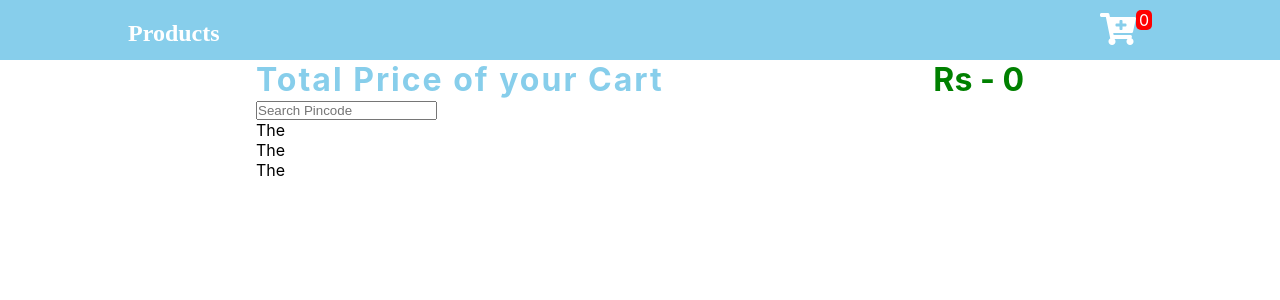
Repository: Imprasna/react-ecommerce
Page: /, after clicking the first element matching `div.cart`
An editor plug-in stored every save of this project. The page is shown before and after a run of saves, followed by the edit.
The browser window is 1280 px wide. The pictures show the whole page.
Some web libraries are served in a nearby version. The project was rebuilt for these pictures with package versions that can differ from the ones it lists, and the page was loaded fresh each time.

Above is the page before, as saved 2022-06-14 21:20:17.

### public/index.html
<!DOCTYPE html>
<html lang="en">
  <head>
    <meta charset="utf-8" />
    <link rel="icon" href="%PUBLIC_URL%/favicon.ico" />
    <meta name="viewport" content="width=device-width, initial-scale=1" />
    <meta name="theme-color" content="#000000" />
    <meta
      name="description"
      content="Web site created using create-react-app"
    />
    <link
    rel="stylesheet"
    href="https://pro.fontawesome.com/releases/v5.10.0/css/all.css"
    integrity="sha384-AYmEC3Yw5cVb3ZcuHtOA93w35dYTsvhLPVnYs9eStHfGJvOvKxVfELGroGkvsg+p"
    crossorigin="anonymous"
  />
    <link rel="apple-touch-icon" href="%PUBLIC_URL%/logo192.png" />
    <!--
      manifest.json provides metadata used when your web app is installed on a
      user's mobile device or desktop. See https://developers.google.com/web/fundamentals/web-app-manifest/
    -->
    <link rel="manifest" href="%PUBLIC_URL%/manifest.json" />
    <!--
      Notice the use of %PUBLIC_URL% in the tags above.
      It will be replaced with the URL of the `public` folder during the build.
      Only files inside the `public` folder can be referenced from the HTML.

      Unlike "/favicon.ico" or "favicon.ico", "%PUBLIC_URL%/favicon.ico" will
      work correctly both with client-side routing and a non-root public URL.
      Learn how to configure a non-root public URL by running `npm run build`.
    -->
    <title>React App</title>
  </head>
  <body>
    <noscript>You need to enable JavaScript to run this app.</noscript>
    <div id="root"></div>
    <!--
      This HTML file is a template.
      If you open it directly in the browser, you will see an empty page.

      You can add webfonts, meta tags, or analytics to this file.
      The build step will place the bundled scripts into the <body> tag.

      To begin the development, run `npm start` or `yarn start`.
      To create a production bundle, use `npm run build` or `yarn build`.
    -->
  </body>
</html>

### src/App.js
import React, { useState } from "react";
import ProductList from "./components/ProductsList";
import Navbar from "./components/Navbar";
import Cart from "./components/Cart";

const App = () => {
  const [show, setShow] = useState(true);
  const [cart, setCart] = useState([]);

  const handleClick = (item) => {
    if (cart.indexOf(item) !== -1) return;
    setCart([...cart, item]);

    console.log(item)
    localStorage.setItem("productsInCart", JSON.stringify(item));
    // localStorage.setItem("added data", cart)
  };

  const handleChange = (item, d) => {
    const ind = cart.indexOf(item);
    const arr = cart;
    arr[ind].amount += d;

    if (arr[ind].amount === 0) arr[ind].amount = 1;
    setCart([...arr]);
  };

  // useEffect(() => {
  //   console.log("cart change");
  // }, [cart]);

  return (
    <React.Fragment>
      <Navbar setShow={setShow} size={cart.length} />
      {show ? (
        <ProductList handleClick={handleClick} />
      ) : (
        <Cart cart={cart} setCart={setCart} handleChange={handleChange} />
      )}
    </React.Fragment>
  );
};

export default App;

### src/components/ProductsList.js
import React from "react";
import list from "../products";
import Cards from "../components/Cards";
import "../components/css/ProductList.css";

const ProductsList = ({ handleClick }) => {
  return (
    <section>
      {list.map((item) => (
        <Cards key={item.id} item={item} handleClick={handleClick} />
      ))}
    </section>
  );
};

export default ProductsList;

### src/components/Navbar.js
import React from "react";
import "../components/css/navbar.css";

const Navbar = ({ setShow, size }) => {
  return (
    <nav>
      <div className="nav_box">
        <span className="my_shop" onClick={() => setShow(true)}>
         Products
        </span>
        <div className="cart" onClick={() => setShow(false)}>
          <span>
            <i className="fas fa-cart-plus"></i>
          </span>
          <span>{size}</span>
        </div>
      </div>
    </nav>
  );
};

export default Navbar;

### src/components/Cart.js
import React, { useState, useEffect } from "react";
import "../components/css/cart.css";
import Pincode from '../pincodes.json';

const Cart = ({ cart, setCart, handleChange }) => {
  const [price, setPrice] = useState(0);

  const handleRemove = (id) => {
    const arr = cart.filter((item) => item.id !== id);
    setCart(arr);
    handlePrice();
  };

  const handlePrice = () => {
    let ans = 0;
    cart.map((item) => (ans += item.amount * item.price));
    // console.log(cart.map((item) => (item.amount * item.price)))
    setPrice(ans);
  };

  useEffect(() => {
    handlePrice();
  });

  const [searchTerm, setSearchTerm] = useState('');

  return (
    <article>
      {cart.map((item) => (
        <div className="cart_box" key={item.id}>
          <div className="cart_img">
            <img src={item.image} alt="" />
            <p>{item.name}</p>
          </div>

          <div>
            <button type="button" onClick={() => handleChange(item, 1)}>+</button>
            <button>{item.amount}</button>
            <button type="button" onClick={() => handleChange(item, -1)}>-</button>
          </div>
          <div>
            <span>{item.price}</span>
            <button type="button" onClick={() => handleRemove(item.id)}>Remove</button>
          </div>
        </div>
      ))}
      <div className="total">
        <span>Total Price of your Cart</span>
        <span>Rs - {price}</span>
      </div>

      <input type="text" placeholder="Search Pincode" onChange={e => setSearchTerm(e.target.value)} />

      <div>
        {Pincode.filter((value) =>
        {
          if (searchTerm === " ") {
            return value;
          } else if (value.code.toString().includes(searchTerm.toString())) {
            var deliveryPrice = value.charge + price;
            console.log(deliveryPrice);
            return value;
          }
        })
          .map((pin) =>
          (

          // {pin.code}
            <p onClick={() => handlePrice(setPrice(pin.charge))}> The   </p>

      ))}
          </div>
    </article>
  );
};

export default Cart;

### src/products.js


const data = [


	{    "id":1,
		"name": "Product 1",
		"price": 877,
		"availability": 3,
		"image": "https://picsum.photos/200/300",
		"amount":1
	},
	{
		"id":2,
		"name": "Product 2",
		"price": 500,
		"availability": 1,
		"image": "https://picsum.photos/200/300",
		"amount":1

	},
	{
		"id":3,
		"name": "Product 3",
		"price": 990,
		"availability": 2,
		"image": "https://picsum.photos/200/300",
		"amount":1

	},
	{
		"id":4,
		"name": "Product 4",
		"price": 1500,
		"availability": 0,
		"image": "https://picsum.photos/200/300",
		"amount":1
	}]

	export default data

### src/components/Cards.js
import React from "react";

const Cards = ({ item, handleClick }) => {
  const { name, availability, price, image } = item;
  return (
    <div className="cards">
      <div className="image_box">
        <img src={image} alt="" />
      </div>
      <div className="details">
        <p>{name}</p>
        <p>{availability}</p>
        <p>Price - {price}Rs</p>
        <button type="button" onClick={() => handleClick(item)}>Add to Cart</button>
      </div>
    </div>
  );
};

export default Cards;

### src/components/css/ProductList.css
* {
    margin: 0;
    padding: 0;
  }
  section {
    width: 80%;
    margin: auto;
    margin-top: 5%;
    display: grid;
    grid-template-columns: repeat(3, 1fr);
    grid-template-rows: auto;
  }
  .cards {
    width: 250px;
    padding: 20px;
  }
  .cards:hover {
    box-shadow: 0 10px 10px 10px rbga(0, 0, 0, 0.1);
    cursor: pointer;
  }
  .image_box img {
    width: 150px;
    height: 200px;
  }

  .image_box img {
    width: 150px;
    height: 200px;
  }
  .details p:nth-child(1) {
    font-weight: bold;
  }
  .details p:nth-child(2) {
    color: grey;
    font-size: 0.8rem;
  }
  .details p:nth-child(3) {
    font-weight: bolx;
    color: grey;
  }
  .details button {
    padding: 5px 10px;
    border: none;
    font-weight: bold;
    background-color: skyblue;
    outline: none;
  }

### src/components/css/navbar.css
* {
    margin: 0;
    padding: 0;
  }

  nav {
    width: 100%;
    height: 60px;
    background-color: skyblue;
  }

  .nav_box {
    width: 80%;
    margin: auto;
    display: flex;
    align-items: center;
    justify-content: space-between;
    line-height: 60px;
  }
  .my_shop {
    font-size: 1.5rem;
    font-weight: bold;
    color: white;
    font-family: cursive;
    cursor: pointer;
  }
  .cart {
    cursor: pointer;
  }
  .cart span:nth-child(1) {
    font-size: 2rem;
    color: white;
  }
  .cart span:nth-child(2) {
    padding: 0 3px;
    background-color: red;
    color: white;
    font-weight: bolx;
    border-radius: 5px;
    position: relative;
    top: -15px;
  }

### src/components/css/cart.css
* {
    margin: 0;
    padding: 0;
  }

  article {
    width: 60%;
    margin: auto;
  }

  .cart_box img {
    width: 50px;
    height: 50px;
  }
  .cart_img {
    display: flex;
    width: 400px;
  }

  .cart_img p {
    font-weight: bold;
    margin-left: 10px;
  }

  .cart_box {
    display: flex;
    align-items: center;
    justify-content: space-between;
    margin-top: 20px;
    border-bottom: 2px solid skyblue;
    padding-bottom: 5px;
  }

  .cart_box div:nth-child(2) button {
    padding: 5px 10px;
    font-weight: bold;
    margin-right: 5px;
  }

  .cart_box div:nth-child(3) button {
    padding: 5px 10px;
    font-weight: bold;
    letter-spacing: 2px;
    border: none;
    outline: none;
    color: white;
    background-color: skyblue;
    border-radius: 5px;
    cursor: pointer;
  }
  .cart_box div:nth-child(3) button:hover {
    background-color: darkseagreen;
  }
  .cart_box div:nth-child(3) span {
    background-color: lightgreen;
    padding: 5px 10px;
    border-radius: 5px;
    margin-right: 10px;
  }

  .total {
    display: flex;
    justify-content: space-between;
  }

  .total span:nth-child(1) {
    font-size: 2rem;
    color: skyblue;
    font-weight: bold;
    letter-spacing: 2px;
  }

  .total span:nth-child(2) {
    font-size: 2rem;
    color: green;
    font-weight: bold;
  }

### src/pincodes.json
[
	{
		"code": 641001,
		"charge": 0
	},
	{
		"code": 641002,
		"charge": 10
	},
	{
		"code": 641003,
		"charge": 50
	}
]

Loaded but not shown: src/index.js (common file); src/index.css (common file); src/reportWebVitals.js (common file)

After the next 2 saves:
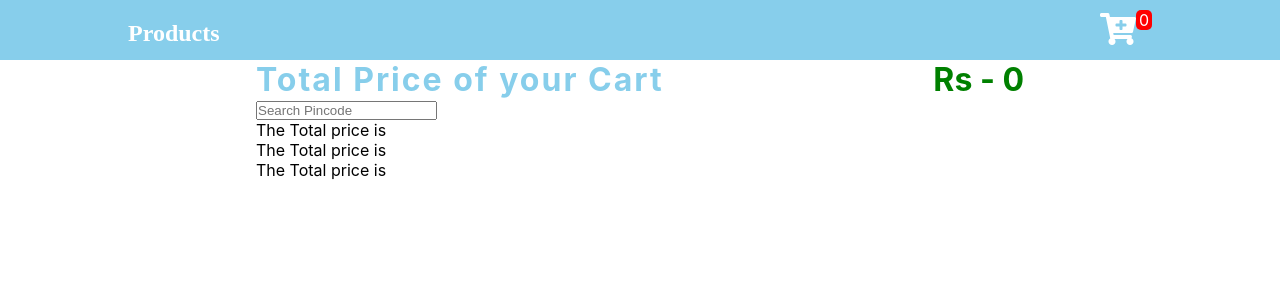
The 2 saves are shown as one change because they came seconds apart.
The last was saved 7 s later.
--- a/src/components/Cart.js
+++ b/src/components/Cart.js
@@ -66,7 +66,7 @@ const Cart = ({ cart, setCart, handleChange }) => {
           (
 
           // {pin.code}
-            <p onClick={() => handlePrice(setPrice(pin.charge))}> The   </p>
+            <p onClick={() => handlePrice(setPrice(pin.charge))}> The Total price is   </p>
 
       ))}
           </div>
